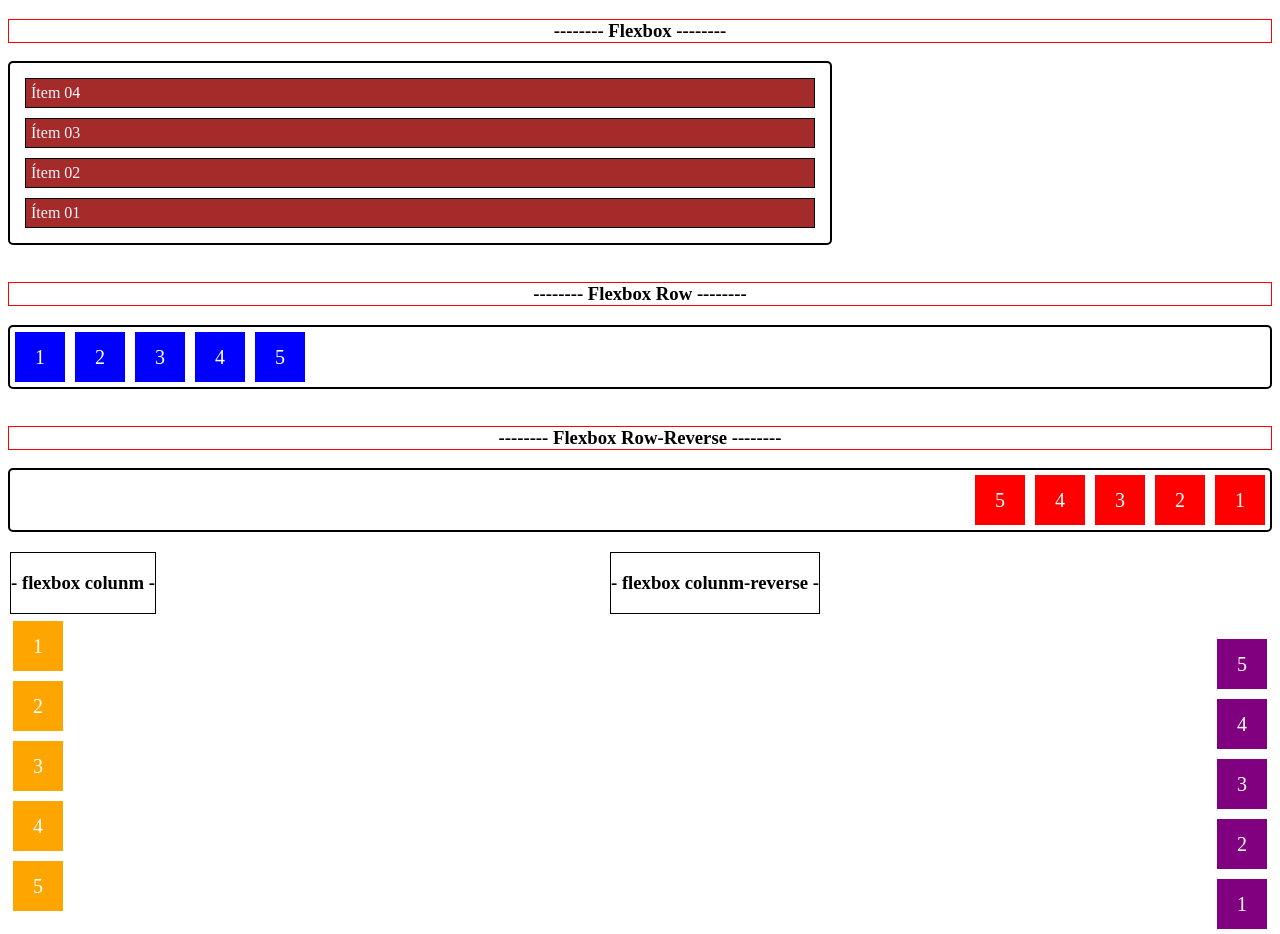
Repository: ozielms/flexbox
Page: outros/flexbox-master/index.html
These files come from the project's save history. The page is drawn as it stood at one moment and after the next save; the edit follows.
The browser window is 1280 px wide. The pictures show the whole page.

Above is the page before, as saved 2022-04-26 00:15:48.

After the next save:
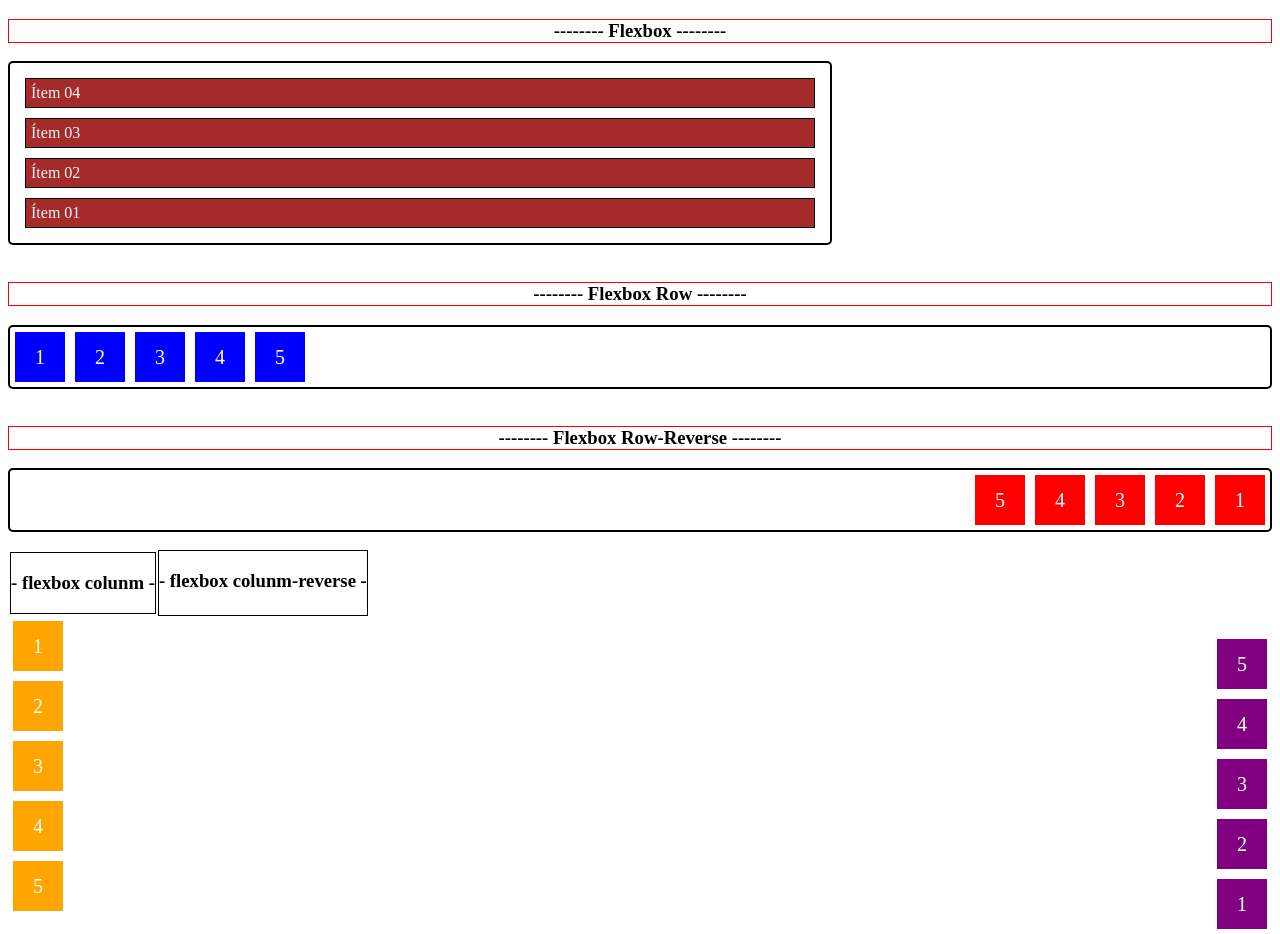
Saved 11 s later.
--- a/outros/flexbox-master/css/estilo.css
+++ b/outros/flexbox-master/css/estilo.css
@@ -14,7 +14,7 @@
 }
 
 .titulo-colunm-reverse {
-    margin: auto;
+    margin-right: auto;
     border: 1px solid black;
 }
 
